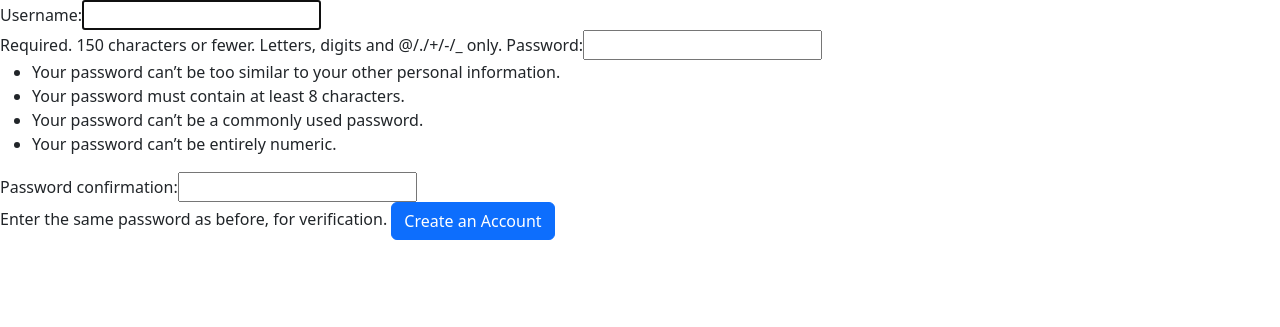
Repository: Ndifoinhilary/django_referrals_system
Page: http://localhost/signup/
These files come from the project's save history. The page is drawn as it stood at one moment and after the next save; the edit follows.
The browser window is 1280 px wide. The pictures show the whole page.
The page is served by the project's application, run on Django 3.2 (manage.py). Other server files are loaded and not shown.

Above is the page before, as saved 2024-01-09 23:38:43.

### referrals/templates/signup.html
{% extends "base.html" %}
{% load crispy_forms_tags %}



{% block content %}
  <form action="" method="post">
    {% csrf_token %}
    {{form}}
    <button class="btn btn-primary"> Create an Account</button>

  </form>
{% endblock content %}

### referrals/templates/base.html
<!DOCTYPE html>
<html lang="en">
<head>
    <meta charset="UTF-8">
    <meta name="viewport" content="width=device-width, initial-scale=1.0">
    <title>Referrals System</title>
    <link href="https://cdn.jsdelivr.net/npm/bootstrap@5.3.2/dist/css/bootstrap.min.css" rel="stylesheet" integrity="sha384-T3c6CoIi6uLrA9TneNEoa7RxnatzjcDSCmG1MXxSR1GAsXEV/Dwwykc2MPK8M2HN" crossorigin="anonymous">

</head>
<body>


    {% block content %}

    {% endblock content %}

    <script src="https://cdn.jsdelivr.net/npm/bootstrap@5.3.2/dist/js/bootstrap.bundle.min.js" integrity="sha384-C6RzsynM9kWDrMNeT87bh95OGNyZPhcTNXj1NW7RuBCsyN/o0jlpcV8Qyq46cDfL" crossorigin="anonymous"></script>
</body>
</html>

### referrals/views.py
from django.shortcuts import render, redirect
from referrals.models import Profile
from django.contrib.auth.forms import UserCreationForm
from django.contrib.auth.models import User
from django.contrib.auth import login, authenticate

# Create your views here.


def signup_view(request):
    profile_id = request.session.get("ref_profile")
    print("profile_id", profile_id)
    form = UserCreationForm(request.POST or None)
    if form.is_valid():
        if profile_id is not None:
            recommeneded_by_profile = Profile.objects.get(id=profile_id)

            instance = form.save()

            registered_user = User.objects.get(id=instance.id)
            registered_profile = Profile.objects.get(user=registered_user)
            registered_profile.recommended_by = recommeneded_by_profile

            registered_profile.save()
        else:
            form.save()

        username = form.cleaned_data.get("username")
        password = form.cleaned_data.get("password1")

        user = authenticate(request, username=username, password=password)

        login(request, user)
        return redirect("main")

    return render(request, "signup.html", {"form": form})


def main_view(request, *args, **kwargs):
    code = kwargs.get("ref_code")
    try:
        profile = Profile.objects.get(code=code)
        # store the profile id in the sessions variable ref_profile
        request.session["ref_profile"] = profile.id

    except:
        pass
    return render(request, "main.html")

### config/urls.py
"""config URL Configuration

The `urlpatterns` list routes URLs to views. For more information please see:
    https://docs.djangoproject.com/en/3.2/topics/http/urls/
Examples:
Function views
    1. Add an import:  from my_app import views
    2. Add a URL to urlpatterns:  path('', views.home, name='home')
Class-based views
    1. Add an import:  from other_app.views import Home
    2. Add a URL to urlpatterns:  path('', Home.as_view(), name='home')
Including another URLconf
    1. Import the include() function: from django.urls import include, path
    2. Add a URL to urlpatterns:  path('blog/', include('blog.urls'))
"""
from django.contrib import admin
from django.urls import path,include

urlpatterns = [
    path('admin/', admin.site.urls),
    path('', include('referrals.urls'))
]

### referrals/urls.py
from django.urls import path

from . import views


urlpatterns = [
    path("", views.main_view, name="main"),
    path("signup/", views.signup_view, name="signup"),
    path("<str:ref_code>/", views.main_view, name="main"),
]

After the next save:
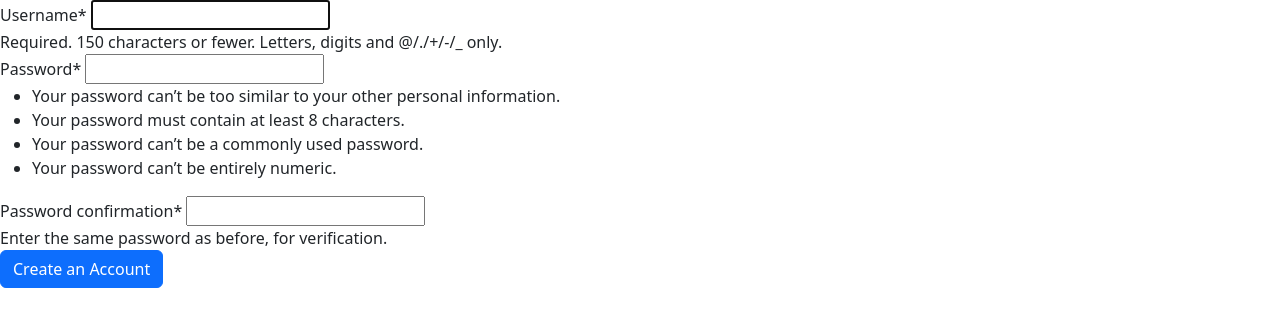
Saved 16 s later.
--- a/referrals/templates/signup.html
+++ b/referrals/templates/signup.html
@@ -6,7 +6,7 @@
 {% block content %}
   <form action="" method="post">
     {% csrf_token %}
-    {{form}}
+    {{form|crispy}}
     <button class="btn btn-primary"> Create an Account</button>
 
   </form>

After the save that followed:
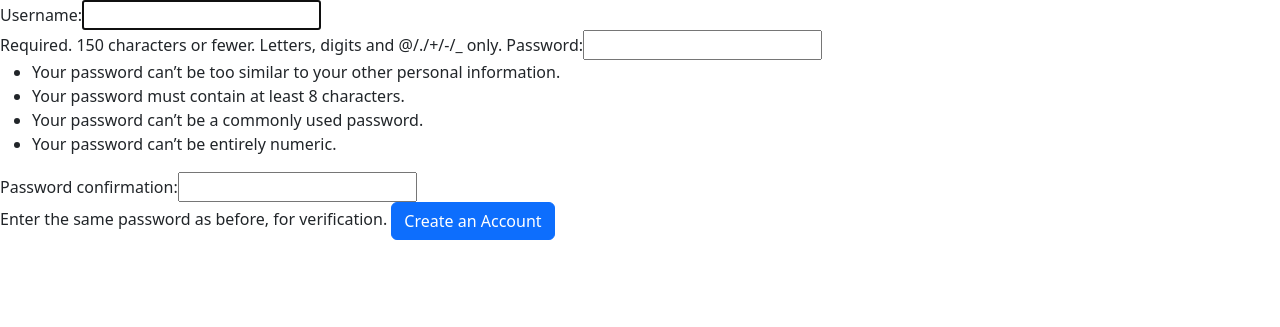
Saved 51 s later.
--- a/referrals/templates/signup.html
+++ b/referrals/templates/signup.html
@@ -6,7 +6,7 @@
 {% block content %}
   <form action="" method="post">
     {% csrf_token %}
-    {{form|crispy}}
+    {{form}}
     <button class="btn btn-primary"> Create an Account</button>
 
   </form>
